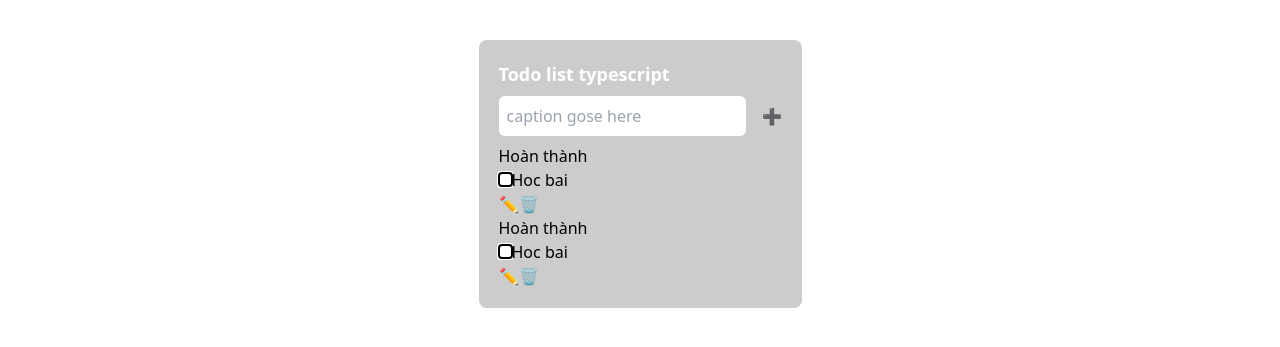
Repository: VIET-TU/react-super-main
Page: / (app in todolist-mybuild/)
The author's editor kept a copy of each file at every save. The page is drawn from the files as they stood at one save, then again after the next save.
The browser window is 1280 px wide. The pictures show the whole page.
The project was rebuilt for these pictures with package versions that can differ from the ones it lists, and the page was loaded fresh each time. Also part of the build but not shown: todolist-mybuild/vite.config.ts.

Above is the page before, as saved 2023-05-16 06:53:03.

### todolist-mybuild/src/App.tsx
import TodoList from './components/TodoLists'

function App() {
  return (
    <>
      <TodoList></TodoList>
    </>
  )
}

export default App

### todolist-mybuild/src/index.css
@tailwind base;
@tailwind components;
@tailwind utilities;

input {
  outline: auto;
}

### todolist-mybuild/src/components/TodoLists/index.ts
import TodoList from './TodoList'

export default TodoList

### todolist-mybuild/src/components/TodoLists/TodoList.tsx
import { Todo } from '../../@types/todos.types'
import TaskInput from '../TaskInput'
import TaskList from '../TaskList'
import { useEffect, useState } from 'react'

const TodoList = () => {
  const [todos, setTodos] = useState<Todo[]>([])
  const [currentTodo, setCurrentTodo] = useState<Todo | null>(null)
  const doneTodos = todos.filter((todo) => todo.done)
  const notdoneTodos = todos.filter((todo) => !todo.done)

  useEffect(() => {
    const todosString = localStorage.getItem('todos')
    const todosObj: Todo[] = JSON.parse(todosString || '[]')
    setTodos(todosObj)
  }, [])

  const addTodo = (name: string): void => {
    const todo: Todo = {
      name,
      done: false,
      id: new Date().toISOString()
    }
    setTodos((pre) => [...pre, todo])
    const todosString = localStorage.getItem('todos')
    const todosObj: Todo[] = JSON.parse(todosString || '[]')
    const newTodoObj = [...todosObj, todo]
    localStorage.setItem('todos', JSON.stringify(newTodoObj))
  }

  const handleDoneTodo = (id: string, done: boolean) => {
    setTodos((prev) => {
      return prev.map((todo) => {
        if (todo.id === id) {
          return { ...todo, done }
        }
        return todo
      })
    })
  }

  const startEditTodo = (id: string) => {
    const findedTodo = todos.find((todo) => todo.id === id)
    if (findedTodo) {
      setCurrentTodo(findedTodo)
    }
  }

  const editTodo = (name: string) => {
    setCurrentTodo((prev) => {
      if (prev) {
        return { ...prev, name }
      }
      return prev
    })
  }

  const finishEditTodo = () => {
    setTodos((prev) => {
      return prev.map((todo) => {
        if (todo.id === (currentTodo as Todo).id) {
          return currentTodo as Todo
        }
        return todo
      })
    })
    setCurrentTodo(null)
  }

  const deleteTodo = (id: string) => {
    if (currentTodo) {
      setCurrentTodo(null)
    }

    setTodos((prev) => {
      const findedIndexTodo = prev.findIndex((todo) => todo.id === id)
      if (findedIndexTodo > -1) {
        const result = [...prev]
        result.splice(findedIndexTodo, 1) // delete 1 elem in array
        return result
      }
      return prev
    })
  }

  return (
    <div className='p-[20px] rounded-lg bg-[#ccc] max-w-max mx-auto my-10'>
      <TaskInput
        editTodo={editTodo}
        addTodo={addTodo}
        currentTodo={currentTodo}
        finishEditTodo={finishEditTodo}
      ></TaskInput>
      <TaskList
        handleDoneTodo={handleDoneTodo}
        todos={notdoneTodos}
        doneTaskList={false}
        startEditTodo={startEditTodo}
        deleteTodo={deleteTodo}
      />
      <TaskList
        handleDoneTodo={handleDoneTodo}
        todos={doneTodos}
        doneTaskList={true}
        startEditTodo={startEditTodo}
        deleteTodo={deleteTodo}
      />
    </div>
  )
}

export default TodoList

### todolist-mybuild/src/components/TaskInput/index.ts
import TaskInput from './TaskInput'

export default TaskInput

### todolist-mybuild/src/components/TaskInput/TaskInput.tsx
import React from 'react'

const TaskInput = () => {
  return (
    <div className='mb-2'>
      <h1 className='mb-2 text-lg font-bold text-white text-[20px]'>Todo list typescript</h1>
      <form placeholder='enter your text'>
        <input className='p-2 mr-4 rounded-md outline-0' type='text' placeholder='caption gose here' />
        <button type='submit'>➕</button>
      </form>
    </div>
  )
}

export default TaskInput

### todolist-mybuild/src/components/TaskList/TaskList.tsx
import React from 'react'

const TaskList = () => {
  return (
    <div>
      <h2>Hoàn thành</h2>
      <div className='tasks '>
        <div className='task'>
          <input type='checkbox' name='' id=' ' />
          <span>Hoc bai</span>
          <div className=''>
            <button>✏️</button>
            <button>🗑️</button>
          </div>
        </div>
      </div>
    </div>
  )
}

export default TaskList

Loaded but not shown: todolist-mybuild/index.html (common file); todolist-mybuild/src/main.tsx (common file); todolist-mybuild/src/components/TaskList/index.ts (common file); todolist-mybuild/tailwind.config.js (common file)

After the next save:
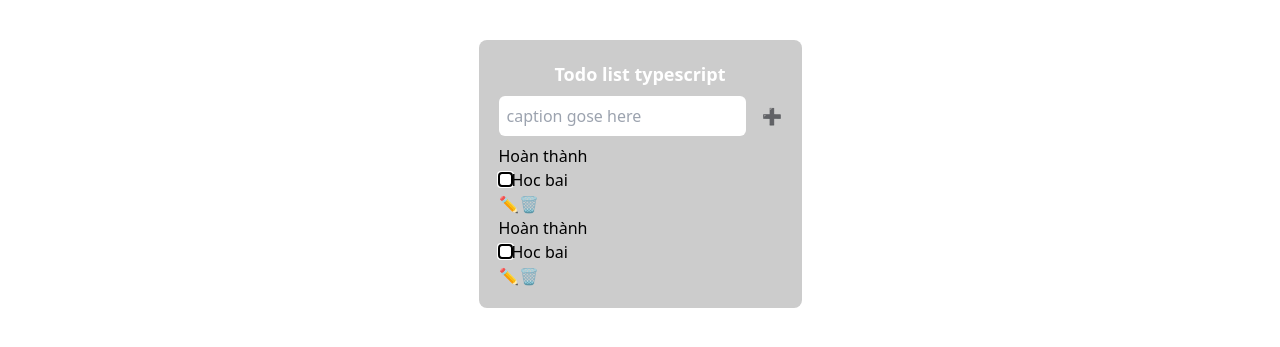
Saved 8 s later.
--- a/todolist-mybuild/src/components/TaskInput/TaskInput.tsx
+++ b/todolist-mybuild/src/components/TaskInput/TaskInput.tsx
@@ -3,7 +3,7 @@ import React from 'react'
 const TaskInput = () => {
   return (
     <div className='mb-2'>
-      <h1 className='mb-2 text-lg font-bold text-white text-[20px]'>Todo list typescript</h1>
+      <h1 className='mb-2 text-lg font-bold text-white text-[20px] text-center'>Todo list typescript</h1>
       <form placeholder='enter your text'>
         <input className='p-2 mr-4 rounded-md outline-0' type='text' placeholder='caption gose here' />
         <button type='submit'>➕</button>
